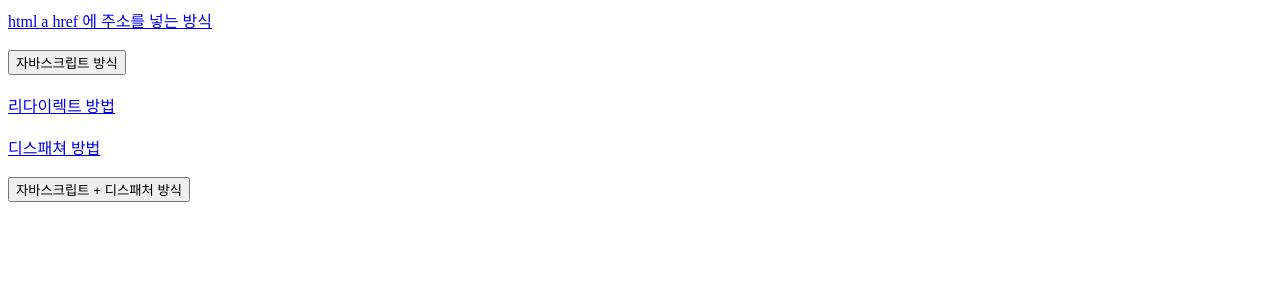
Repository: jaybon1/satstudy
Page: http://localhost/satBlog/index1.jsp
An editor plug-in stored every save of this project. The page is shown before and after the next save, followed by the edit.
The browser window is 1280 px wide. The pictures show the whole page.
The page is served by Tomcat 9.

Above is the page before, as saved 2020-05-29 14:20:54.

### satBlog/WebContent/index1.jsp
<%@ page language="java" contentType="text/html; charset=UTF-8"
    pageEncoding="UTF-8"%>
<!DOCTYPE html>
<html>
<head>
<meta charset="UTF-8">
<title>Insert title here</title>

	<script>
		function move() {
			location.href="first.jsp";
		}

		function move1() {
			location.href="/satBlog/test?cmd=di";
		}
	</script>

</head>
<body>

	<a href="first.jsp">html a href 에 주소를 넣는 방식</a>

	<br/>
	<br/>

	<input type="button" onclick="move()" value="자바스크립트 방식">

	<br/>
	<br/>

	<a href="/satBlog/test?cmd=re">리다이렉트 방법</a>

	<br/>
	<br/>

	<a href="/satBlog/test?cmd=di">디스패쳐 방법</a>

	<br/>
	<br/>

	<input type="button" onclick="move1()" value="자바스크립트 + 디스패처 방식">

</body>
</html>

After the next save:
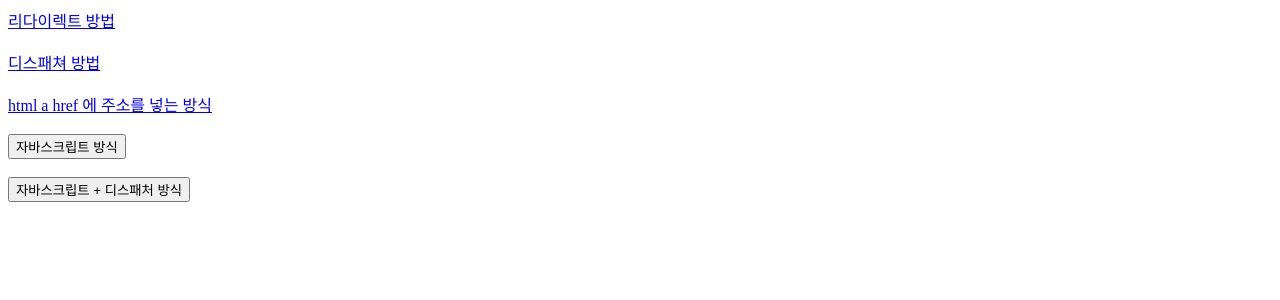
Saved 6 min 31 s later.
--- a/satBlog/WebContent/index1.jsp
+++ b/satBlog/WebContent/index1.jsp
@@ -19,15 +19,7 @@
 </head>
 <body>
 
-	<a href="first.jsp">html a href 에 주소를 넣는 방식</a>
 
-	<br/>
-	<br/>
-
-	<input type="button" onclick="move()" value="자바스크립트 방식">
-
-	<br/>
-	<br/>
 
 	<a href="/satBlog/test?cmd=re">리다이렉트 방법</a>
 
@@ -39,6 +31,16 @@
 	<br/>
 	<br/>
 
+	<a href="first.jsp">html a href 에 주소를 넣는 방식</a>
+
+	<br/>
+	<br/>
+
+	<input type="button" onclick="move()" value="자바스크립트 방식">
+
+	<br/>
+	<br/>
+
 	<input type="button" onclick="move1()" value="자바스크립트 + 디스패처 방식">
 
 </body>
